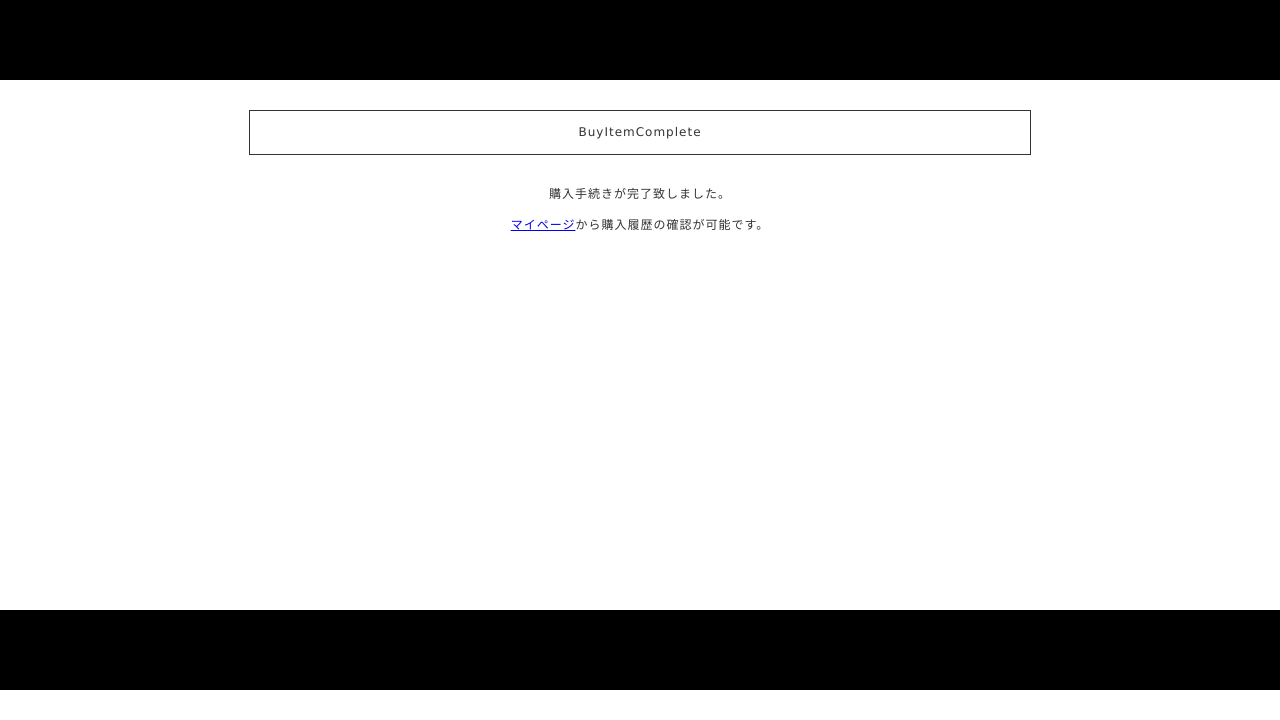
Repository: Hikaru1028/test2
Page: http://localhost/ecsite2/buyItemComplete.jsp
The author's editor kept a copy of each file at every save. The page is drawn from the files as they stood at one save, then again after the next save.
The browser window is 1280 px wide. The pictures show the whole page.
The page is served by Tomcat 9.

Above is the page before, as saved 2019-05-27 07:46:03.

After the next save:
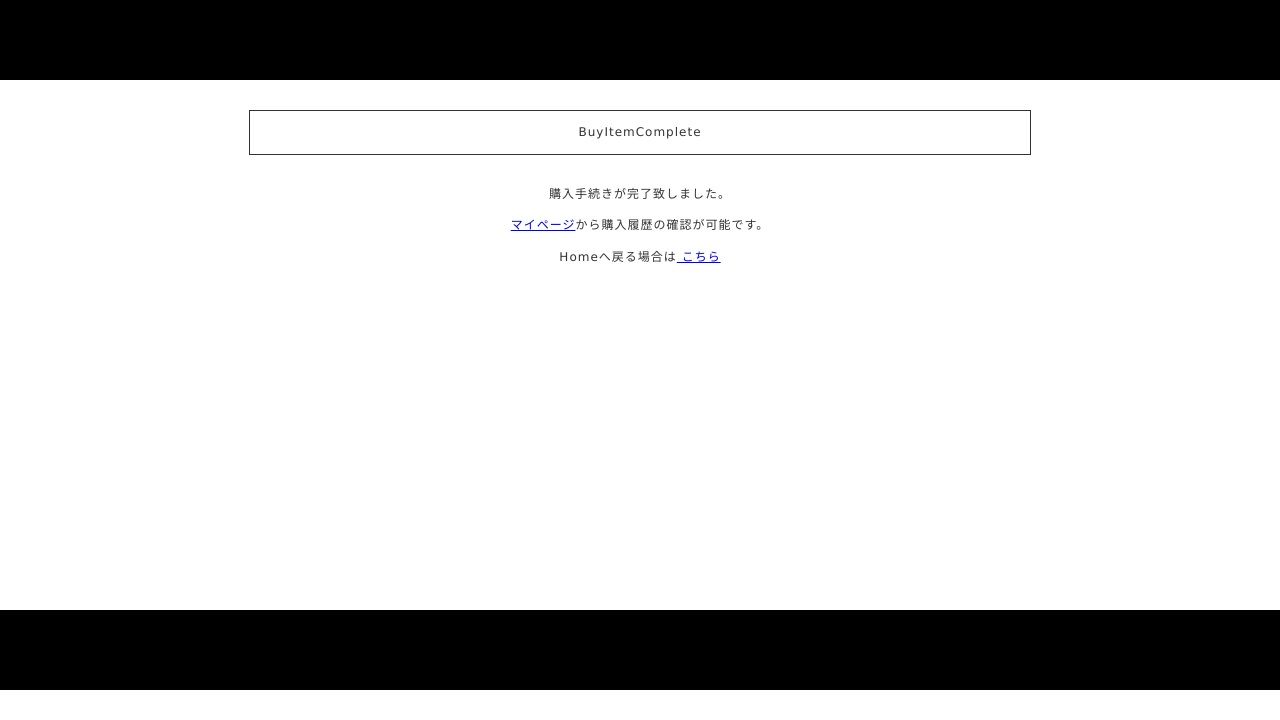
Saved 104 s later.
--- a/ecsite2/WebContent/buyItemComplete.jsp
+++ b/ecsite2/WebContent/buyItemComplete.jsp
@@ -6,14 +6,15 @@
 <!DOCTYPE html>
 <html>
 <head>
-       <meta http-equiv="Content-Type" content="text/html; charset=utf-8" />
-       <meta http-equiv="Content-Style-Type" content="text/css" />
-       <meta http-equiv="Content-Script-Type" content="text/javascript" />
-       <meta http-equiv="imagetoolbar" content="no" />
-       <meta name="description" content="" />
-       <meta name="keywords" content="" />
-       <title>buyItemComplete画面</title>
-       <style type="text/css">
+
+<meta http-equiv="Content-Type" content="text/html; charset=utf-8" />
+<meta http-equiv="Content-Style-Type" content="text/css" />
+<meta http-equiv="Content-Script-Type" content="text/javascript" />
+<meta http-equiv="imagetoolbar" content="no" />
+<meta name="description" content="" />
+<meta name="keywords" content="" />
+<title>BuyItemComplete画面</title>
+<style type="text/css">
 
 body {
 margin:0;
@@ -26,17 +27,18 @@
 background:#fff;
 }
 table {
+
 text-align:center;
 margin:0 auto;
+
 }
+
 
 #top {
 width:780px;
 margin:30px auto;
 border:1px solid #333;
 }
-
-
 #header {
 width: 100%;
 height: 80px;
@@ -47,41 +49,44 @@
 height: 500px;
 text-align: center;
 }
+
 #footer {
+
 width: 100%;
 height: 80px;
 background-color: black;
 clear:both;
+
 }
-
-
 </style>
 
 </head>
 <body>
 
 <div id="header">
-
- <div id="pr">
-   </div>
+<div id="pr">
+</div>
 
 </div>
-  <div id="main">
+<div id="main">
 
-   <div id="top">
+<div id="top">
 
-   <p>BuyItemComplete</p>
+<p>BuyItemComplete</p>
 
-     </div>
-    <div>
+</div>
 
-     <p>購入手続きが完了致しました。</p>
-        <div>
+<div>
+
+<p>購入手続きが完了致しました。</p>
+<div>
 
 <a href='<s:url action="MyPageAction" />'>
+
 マイページ</a><span>から購入履歴の確認が可能です。</span>
+<p>Homeへ戻る場合は<a href='<s:url action="GoHomeAction" />'>
 
-
+こちら</a></p>
 
 </div>
 
@@ -89,7 +94,6 @@
 
 </div>
 <div id="footer">
-
 <div id="pr">
 </div>
 
